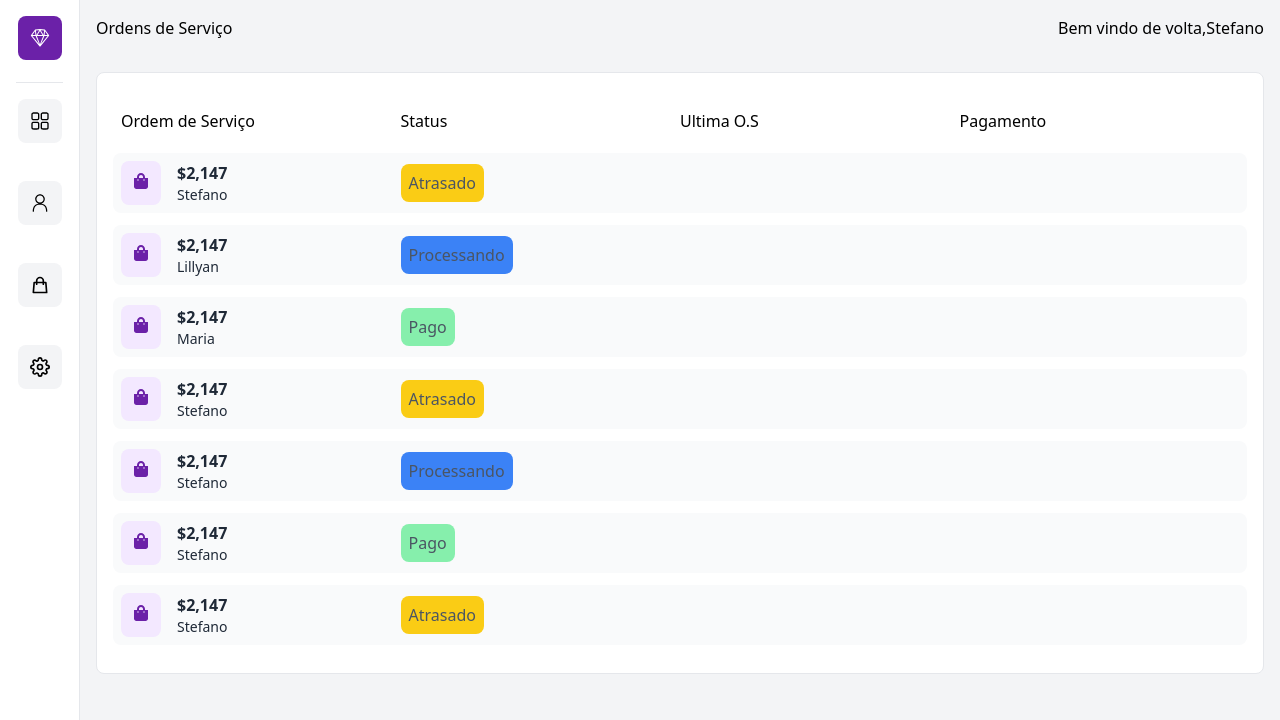
Repository: stefanosousaa/dashboard-next13
Page: /orders
The author's editor kept a copy of each file at every save. The page is drawn from the files as they stood at one save, then again after the next save.
The browser window is 1280 px wide. The pictures show the whole page.
The project was rebuilt for these pictures with package versions that can differ from the ones it lists, and the page was loaded fresh each time. The framework's server and built-in components were replaced by stand-ins that run in the browser. Also part of the build but not shown: next.config.js.

Above is the page before, as saved 2023-05-18 18:54:07.

### pages/_app.js
import Sidebar from '@/components/Sidebar'
import '@/styles/globals.css'

export default function App({ Component, pageProps }) {
  return (
    <Sidebar>
        <Component {...pageProps} />
    </Sidebar>

  )
}

### pages/orders.jsx
import React from 'react'
import { FaShoppingBag } from 'react-icons/fa'
import {data} from '../data/data.js'

const orders = () => {
  return (
    <div className='bg-gray-100 min-h-screen'>
        <div className='flex justify-between p-4'>
            <h2>Ordens de Serviço</h2>
            <h2>Bem vindo de volta,Stefano</h2>
        </div>
        <div className='p-4'>
            <div className='w-full m-auto p-4 border rounded-lg bg-white overflow-y-auto'>
              <div className='my-3 p-2 grid md:grid-cols-4 sm:grid-cols-3 grid-cols-2 items-center justify-between cursor-pointer'>
                <span>Ordem de Serviço</span>
                <span className='sm:text-left text-right'>Status</span>
                <span className='hidden md:grid'>Ultima O.S</span>
                <span className='hidden sm:grid'>Pagamento</span>
              </div>
              <ul>
                {data.map((order,id) => (
        <li
            key={id}
            className='bg-gray-50 hover:bg-gray-100 rounded-lg my-3 p-2 grid md:grid-cols-4 sm:grid-cols-3 grid-cols-2 items-center justify-between cursor-pointer'>
                      <div className='flex'>
                          <div className='bg-purple-100 p-3 rounded-lg'>
                             <FaShoppingBag className='text-purple-800'/>
                           </div>
                        <div className='pl-4'>
                            <p className='text-gray-800 font-bold'>${order.total.toLocaleString()}</p>
                            <p className='text-gray-800 text-sm'>{order.name.first}</p>
                        </div>

                        </div>
                        <p className='text-gray-600 sm:text-left text-right'>
                            <span className={
                                order.status == 'Pago'
                                ? 'bg-green-300 p-2 rounded-lg'
                                : order.status == 'Atrasado'
                                ? 'bg-yellow-400 p-2 rounded-lg'
                                : 'bg-blue-500 p-2 rounded-lg'
                            }
                            >{order.status}</span>
                        </p>


        </li>
                ))}
              </ul>
            </div>
        </div>
    </div>
  )
}

export default orders

### components/Sidebar.jsx
import Link from 'next/link'
import Image from 'next/image'
import React from 'react'
import {RxSketchLogo,RxDashboard, RxPerson} from 'react-icons/rx'
import {FiSettings} from 'react-icons/fi'
import {HiOutlineShoppingBag} from 'react-icons/hi'

const Sidebar = ({children}) => {
  return (
    <div className='flex'>
        <div className='fixed w-20 h-screen p-4 bg-white border-r-[1px] flex flex-col justify-between'>
        <div className='flex flex-col items-center'>

          <Link href='/'>
            <div className='bg-purple-800 text-white p-3 rounded-lg inline-block'>
              <RxSketchLogo size={20}/>
            </div>
          </Link>
          <span className='border-b-[1px] border-gray-200 w-full p-2'></span>
          <Link href='/'>
            <div className='bg-gray-100 hover:bg-gray-200 cursor-pointer my-4 p-3 rounded-lg inline-block'>
              <RxDashboard size={20}/>
            </div>
          </Link>
          <Link href='/costumers'>
            <div className='bg-gray-100 hover:bg-gray-200 cursor-pointer my-4 p-3 rounded-lg inline-block'>
              <RxPerson size={20}/>
            </div>
          </Link>
          <Link href='/orders'>
            <div className='bg-gray-100 hover:bg-gray-200 cursor-pointer my-4 p-3 rounded-lg inline-block'>
              <HiOutlineShoppingBag size={20}/>
            </div>
          </Link>
          <Link href='/'>
            <div className='bg-gray-100 hover:bg-gray-200 cursor-pointer my-4 p-3 rounded-lg inline-block'>
              <FiSettings size={20}/>
            </div>
          </Link>
        </div>
        </div>

        <main className='ml-20 w-full'>{children}</main>
    </div>
  )
}

export default Sidebar

### data/data.js
export const data = [
    {
        id:1,
        name: {
            first: 'Stefano',
            last: 'Sousa',
        },
        total: 2147.00,
        status: 'Atrasado',
        method: 'PayPal',
        date: '15 minutos atrás',
    },
    {
        id:2,
        name: {
            first: 'Lillyan',
            last: 'Lima',
        },
        total: 2147.00,
        status: 'Processando',
        method: 'PayPal',
        date: '15 minutos atrás',
    },
    {
        id:3,
        name: {
            first: 'Maria',
            last: 'José',
        },
        total: 2147.00,
        status: 'Pago',
        method: 'PayPal',
        date: '15 minutos atrás',
    },
    {
        id:4,
        name: {
            first: 'Stefano',
            last: 'Sousa',
        },
        total: 2147.00,
        status: 'Atrasado',
        method: 'PayPal',
        date: '20 minutos atrás',
    },
    {
        id:5,
        name: {
            first: 'Stefano',
            last: 'Sousa',
        },
        total: 2147.00,
        status: 'Processando',
        method: 'PayPal',
        date: '45 minutos atrás',
    },
    {
        id:6,
        name: {
            first: 'Stefano',
            last: 'Sousa',
        },
        total: 2147.00,
        status: 'Pago',
        method: 'PayPal',
        date: '5 minutos atrás',
    },
    {
        id:7,
        name: {
            first: 'Stefano',
            last: 'Sousa',
        },
        total: 2147.00,
        status: 'Atrasado',
        method: 'PayPal',
        date: '55 minutos atrás',
    },
]

Loaded but not shown: pages/_document.js (common file); pages/api/hello.js (common file); styles/globals.css (common file); tailwind.config.js (common file)

After the next save:
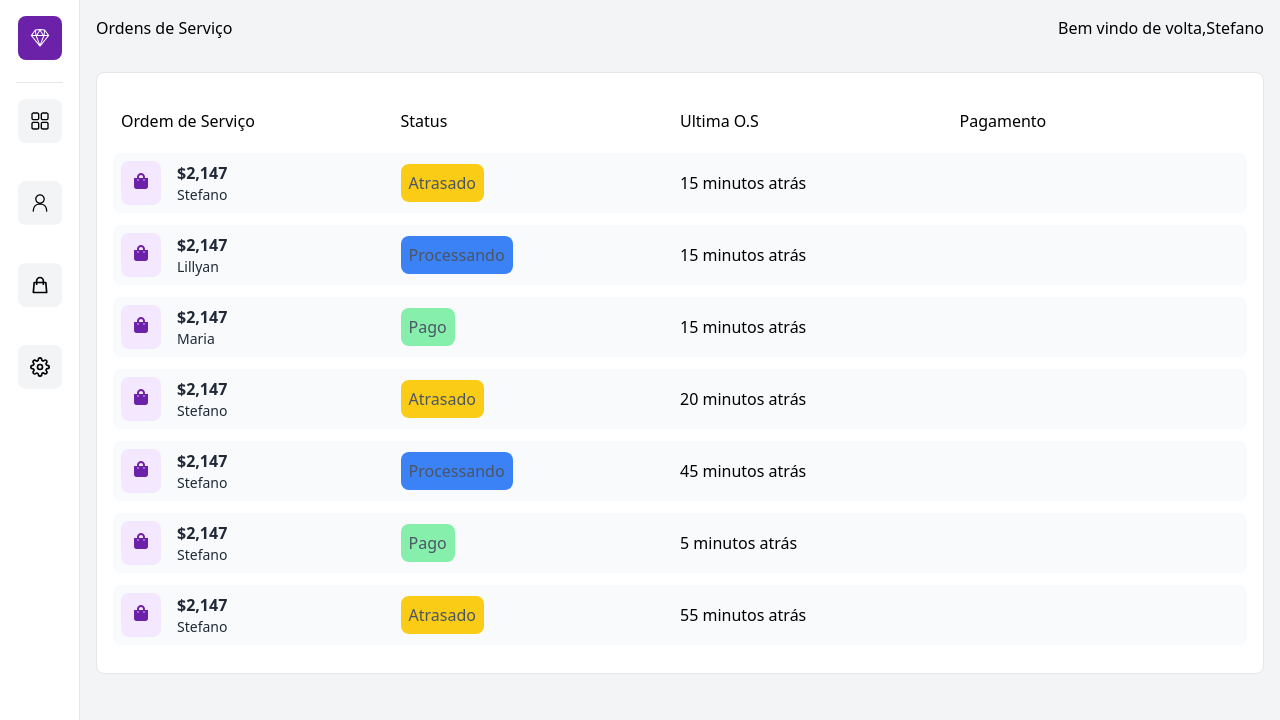
Saved 79 s later.
--- a/pages/orders.jsx
+++ b/pages/orders.jsx
@@ -42,6 +42,7 @@ const orders = () => {
                             }
                             >{order.status}</span>
                         </p>
+                        <p>{order.date}</p>
 
 
         </li>
